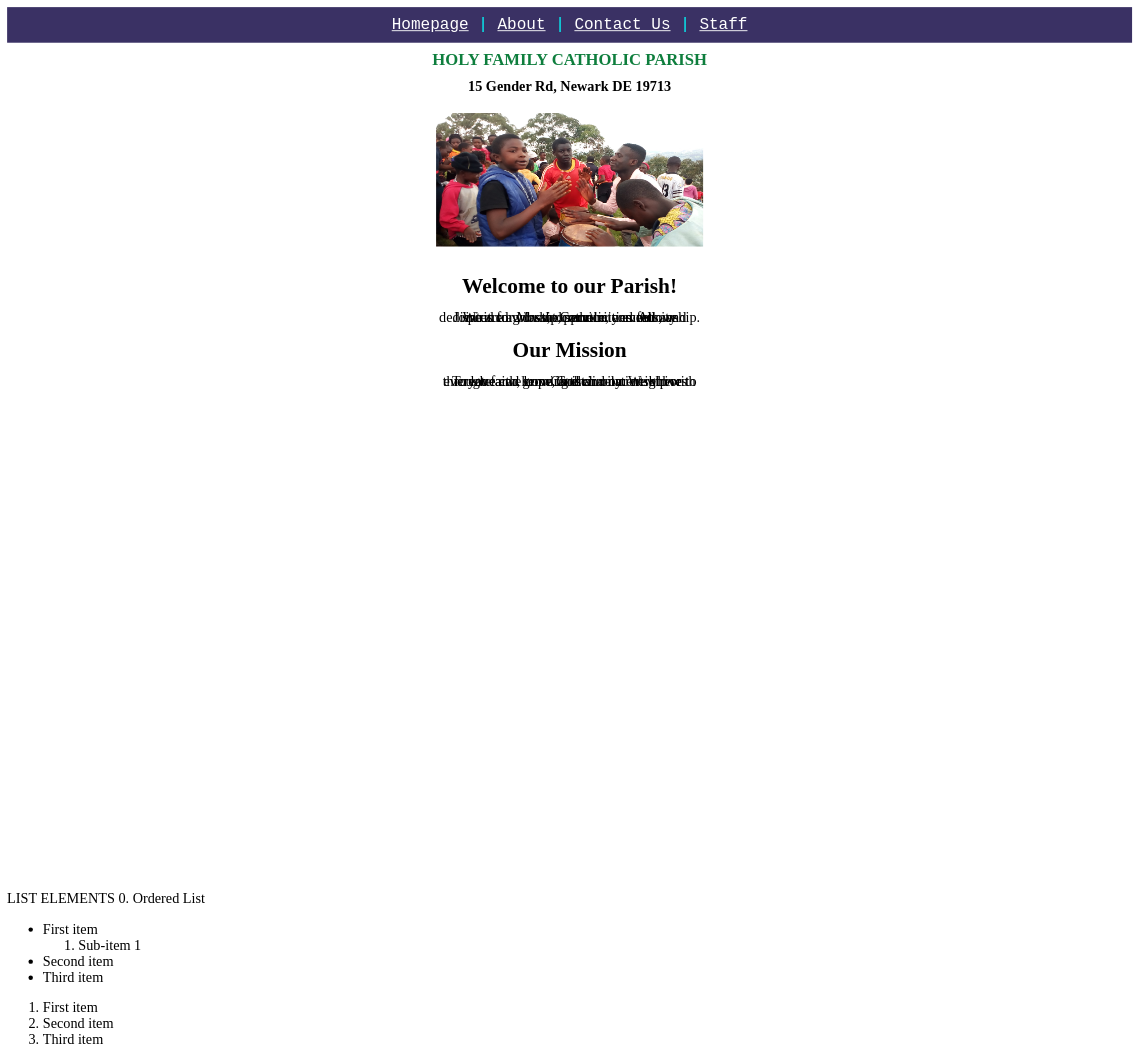
Repository: ficotims/HTML-RESTART
Page: Homepage.html
These files come from the project's save history. The page is drawn as it stood at one moment and after the next save; the edit follows.
The browser window is 1280 px wide. The pictures show the whole page, at 89% of full size.

Above is the page before, as saved 2026-02-10 17:59:53.

### Homepage.html
<!doctype html>
<html lang="en">
  <head>
    <meta charset="UTF-8" />
    <meta name="viewport" content="width=device-width, initial-scale=1.0" />
    <title>HTML Crash course with Iman Musa</title>
    <link rel="stylesheet" href="Style 1.css"/>
  </head>
  <body>

    <!-- NAVIGATION SECTION -->
        <div style="background-color: rgb(58, 49, 100); padding: 10px; text-align: center; color: aqua; font-size: 18px; font-family: monospace, Lemon milk;">
    <a href="Homepage.html" target="_top" style="color: white;">Homepage</a> |
    <a href="about.html" style="color: white;">About</a> | <a href="Contact us.html" style="color: white;">Contact Us</a> |
    <a href="staff.html" style="color: white;">Staff</a>
     </div>

 <div style="text-align: center;">
    <h3><span style="color: rgb(14, 126, 61);"><div style="line-height: 0;">HOLY FAMILY CATHOLIC PARISH</b></span></h3>
    <H4>15 Gender Rd, Newark DE 19713</H4>
    <img
        src="images/Acension.jpg"
        alt="Catholic Church Logo"
        width="300"
        height="150"
      />
      </div>

      <div class="container">
        <div class="profile-box" style="line-height: 0;">
          <h2>Welcome to our Parish!</h2>
          <p>
            We are a vibrant Catholic community dedicated to worship, service, and fellowship. Join us for Mass, community events, and spiritual growth opportunities. All are welcome!
          </p>
          <h2>Our Mission</h2>
          <p>
            To love and serve God and our neighbors through faith, hope, and charity. We strive to create a welcoming environment where everyone can grow in their relationship with Christ.
          </p>
        </div>
      </div>

    <!-- this is LIST -->
<hi2>LIST ELEMENTS</h2>

    0. Ordered List

    <ul>
      <li>First item</li>
      <ol><li>Sub-item 1</li></ol>
      <li>Second item</li>
      <li>Third item</li>
    </ul>

    <ol>
      <li>First item</li>
      <li>Second item</li>
      <li>Third item</li>
    </ol>
  </body>
</html>

### Style 1.css
.body1 {
    color: rgb(255, 249, 249);
    background-color: rgb(92, 113, 206);
    border-radius: 50px;
    font-size: 25px;
}

.flyout {
    border: none;
    background-color: lightgreen;
    color: rgb(0, 0, 0);
    padding: 20px;
    margin: 15px;
    height: 250px;
    width: 200px;
}

{
    margin: 0px;
    padding: px;
    box-sizing: border-box;
    font-family: Arial, Helvetica, sans-serif;
}

.container {
    width: 100%;
    height: 100vh;
    background-size: cover;
    background-position: center;
    display: flex;
    aligh-items: center;
    justify-content: center;
}

.profile-box {
    background-color: rgb(255, 255, 255);
    text-align: center;
    border-radius: 50px;
    padding: 20px;
    width: 300px;
    height: 400px;
    display: flex;
    flex-direction: column;
    align-items: center;
}

After the next save:
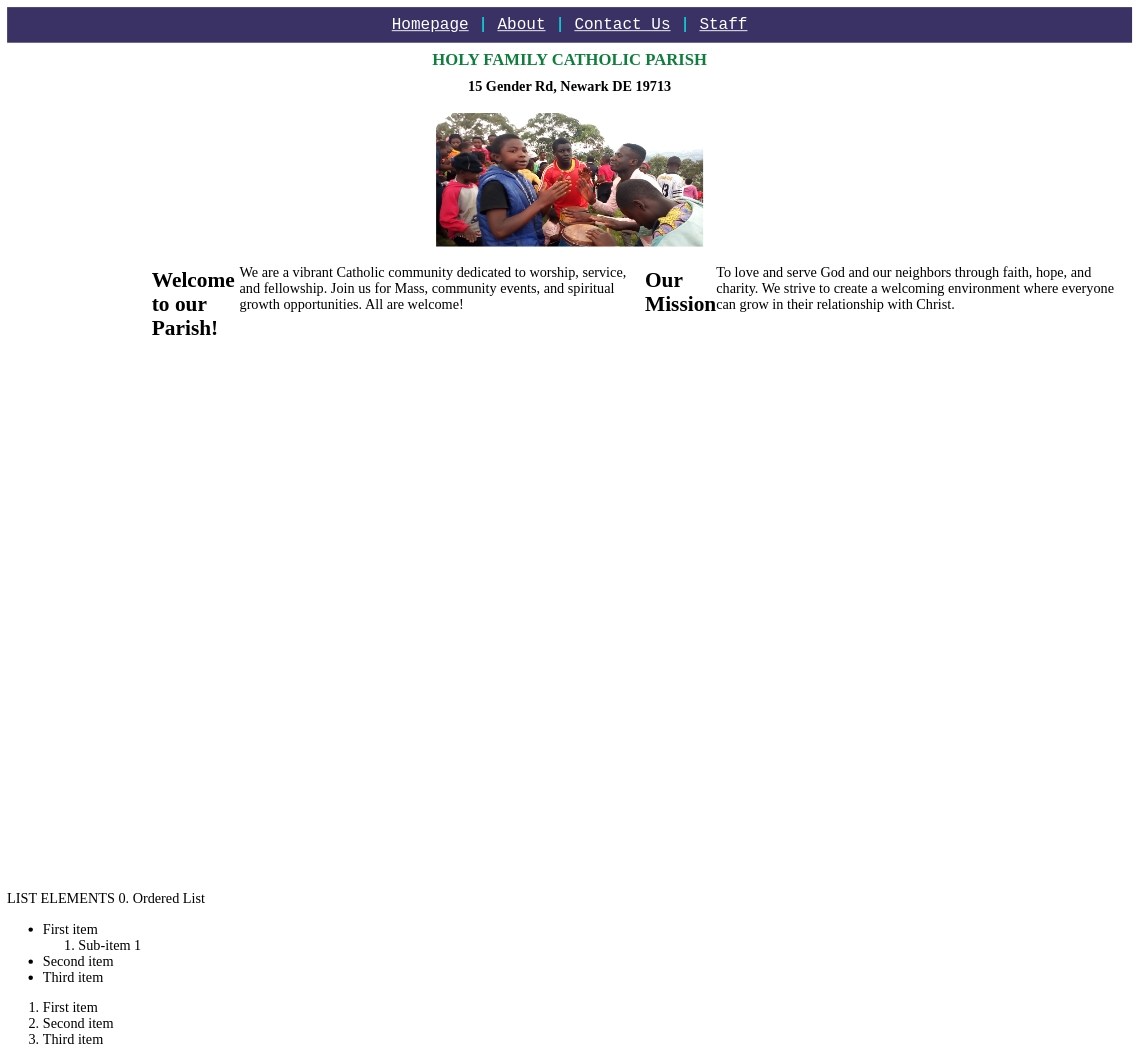
Saved 28 s later.
--- a/Homepage.html
+++ b/Homepage.html
@@ -27,7 +27,7 @@
       </div>
 
       <div class="container">
-        <div class="profile-box" style="line-height: 0;">
+        <div class="profile-box"></div>
           <h2>Welcome to our Parish!</h2>
           <p>
             We are a vibrant Catholic community dedicated to worship, service, and fellowship. Join us for Mass, community events, and spiritual growth opportunities. All are welcome!
